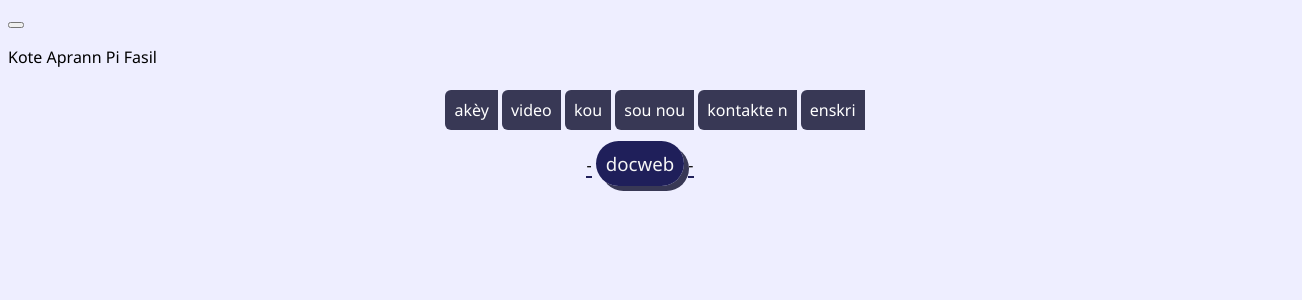
Repository: duperweb/docweb
Page: index.html
The author's editor kept a copy of each file at every save. The page is drawn from the files as they stood at one save, then again after a run of saves.
The browser window is 1280 px wide. The page is 1302 px wide, so the pictures cover 1302 px, including what lies to the right of the window. The pictures show the whole page.

Above is the page before, as saved 2021-03-16 15:21:00.

### index.html
<!DOCTYPE html>
<html lang="en">
<head>
    <meta charset="UTF-8">
    <meta http-equiv="X-UA-Compatible" content="IE=edge">
    <meta name="viewport" content="width=device-width, initial-scale=1.0">
    <title>DocWeb: Dokiman Pou Aprann Devlope Web</title>
    <link rel="stylesheet"href="https://fonts.googleapis.com/css?family=Tangerine">
    <link rel="stylesheet" href="assets/css/home.css">
</head>
<body>
    <!--HEADER SECTION WITH ITS CHILD-->
    <header id="header-pages">

        <nav class="top-message">
            <!--the button menu for mobile devices-->
            <button id="button-top-menu"  title="KLIKE POU WE SA K GEN NAN MENU">
                    <span></span>
                    <span></span>
                    <span></span>
            </button>
            <p>Kote Aprann Pi Fasil </p>
        </nav>

        <!--the top menu horizontal-->
        <nav id="nav-horizontal-menu" class="">
            <a href="index.html">akèy</a>
            <a href="video.html">video</a>
            <a href="kou.html">kou</a>
            <a href="about.html">sou nou</a>
            <a href="mailto:duperweb@gmail.com">kontakte n</a>
            <a href="sign.html" id="signin">enskri</a>
        </nav> <!-- end of the top menu horizontal-->
        <div class="docweb">
            <span class="header-line">-</span>
             <span class="docweb-text-logo">docweb</span>
            <span class="header-line">-</span>
        </div>

    </header><!--end of the HEADER SECTION-->

<!--this the top line section-->
</body>
</html>

### assets/css/home.css
/**************************************
IMPORTING OTHER FILE TO LOAD FIRST
*************************************/


/********************************
    RESET DEFAULT BEHAVIOR
********************************/
a {
    text-decoration: none;
}

body {
    background-color: #eef;
    font-family: 'Segoe UI', Tahoma, Geneva, Verdana, sans-serif
}

/*===================== HEADER PAGES SECTION===========================*/
.header-pages {
    /*with  % make container relative to size and can be centralized*/
    margin: 0 auto;
    width: 100%;
}

#nav-horizontal-menu {
    width: 100%;
    margin: 15px auto;
    padding: 15px;
    border-radius: 0 0 6px 6px;
    text-align: center;
}
#nav-horizontal-menu a {
    color: white;
    background-color: #383855;
    padding: 9px;
    border-radius: 6px 0 0 6px;

}
.docweb {
    margin: 0 auto;
    text-align: center;
}

.container-topline {
    margin-top: 10px;
    display: flex;
    justify-content: center;
    width: 80%;
    margin: 13px auto;
}

.header-line {
    font-size: 16px;
    flex: 2;
    width: 2000px;
    border-bottom: 2px #1f1f5a double;
}

.top-text, .docweb-text-logo {
    flex: 1;
    color: whitesmoke;
    border-radius: 100px;
    background: #1f1f5a;
    font-size: 14pt;
    padding: 10px;
    box-shadow: 5px 5px #383855;
}
/*===================== END OF HEADER  TOP SECTION====================*/

After the next 2 saves:
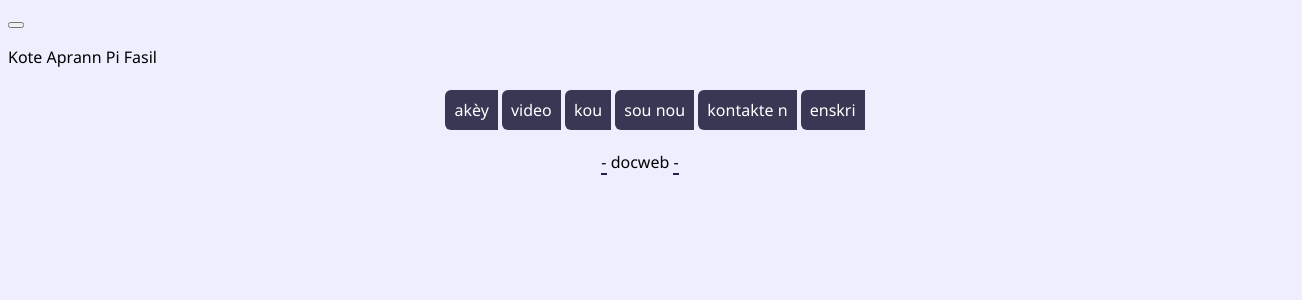
The 2 saves are shown as one change because they came seconds apart.
The last was saved 31 s later.
--- a/assets/css/home.css
+++ b/assets/css/home.css
@@ -56,7 +56,7 @@ body {
     border-bottom: 2px #1f1f5a double;
 }
 
-.top-text, .docweb-text-logo {
+.top-text {
     flex: 1;
     color: whitesmoke;
     border-radius: 100px;
